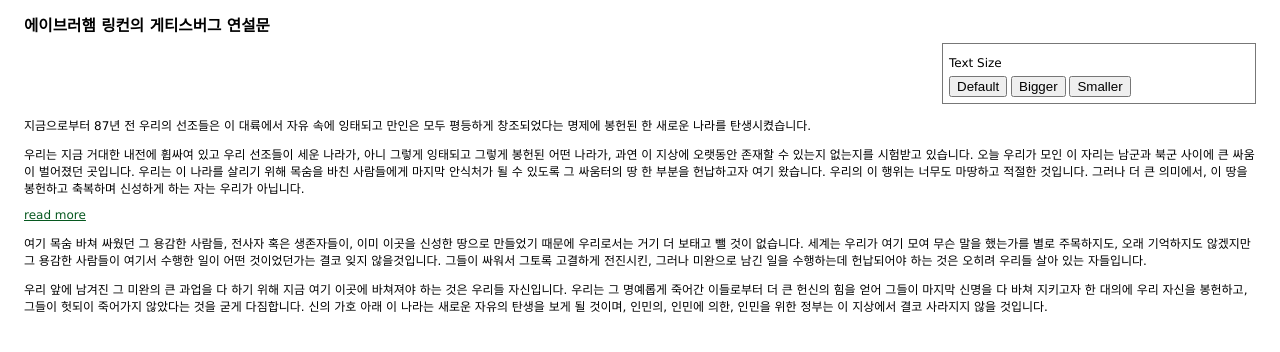
Repository: RyuJelly/211
Page: java_web/jQuery/WebContent/chap04/index.html
The author's editor kept a copy of each file at every save. The page is drawn from the files as they stood at one save, then again after the next save.
The browser window is 1280 px wide. The pictures show the whole page.
After loading, the first visible `div.label` was clicked once.

Above is the page before, as saved 2021-03-16 07:15:20.

After the next save:
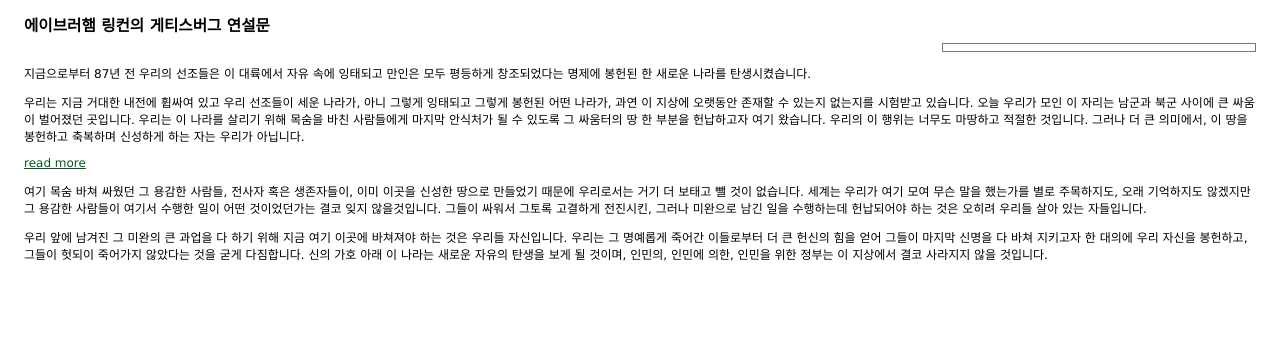
Saved 2 min 7 s later.
--- a/java_web/jQuery/WebContent/chap04/gettysburg.js
+++ b/java_web/jQuery/WebContent/chap04/gettysburg.js
@@ -35,6 +35,10 @@ $(function(){
 		$('#switcher').fadeTo('fast', 0.5)
 						.animate({marginLeft: num}, 'slow')
 						.fadeTo('fast', 1)
+						.slideUp('slow', function(){
+							$(this).css('background', 'red');
+						})
+						.slideDown('slow');
 
 	});
 });
